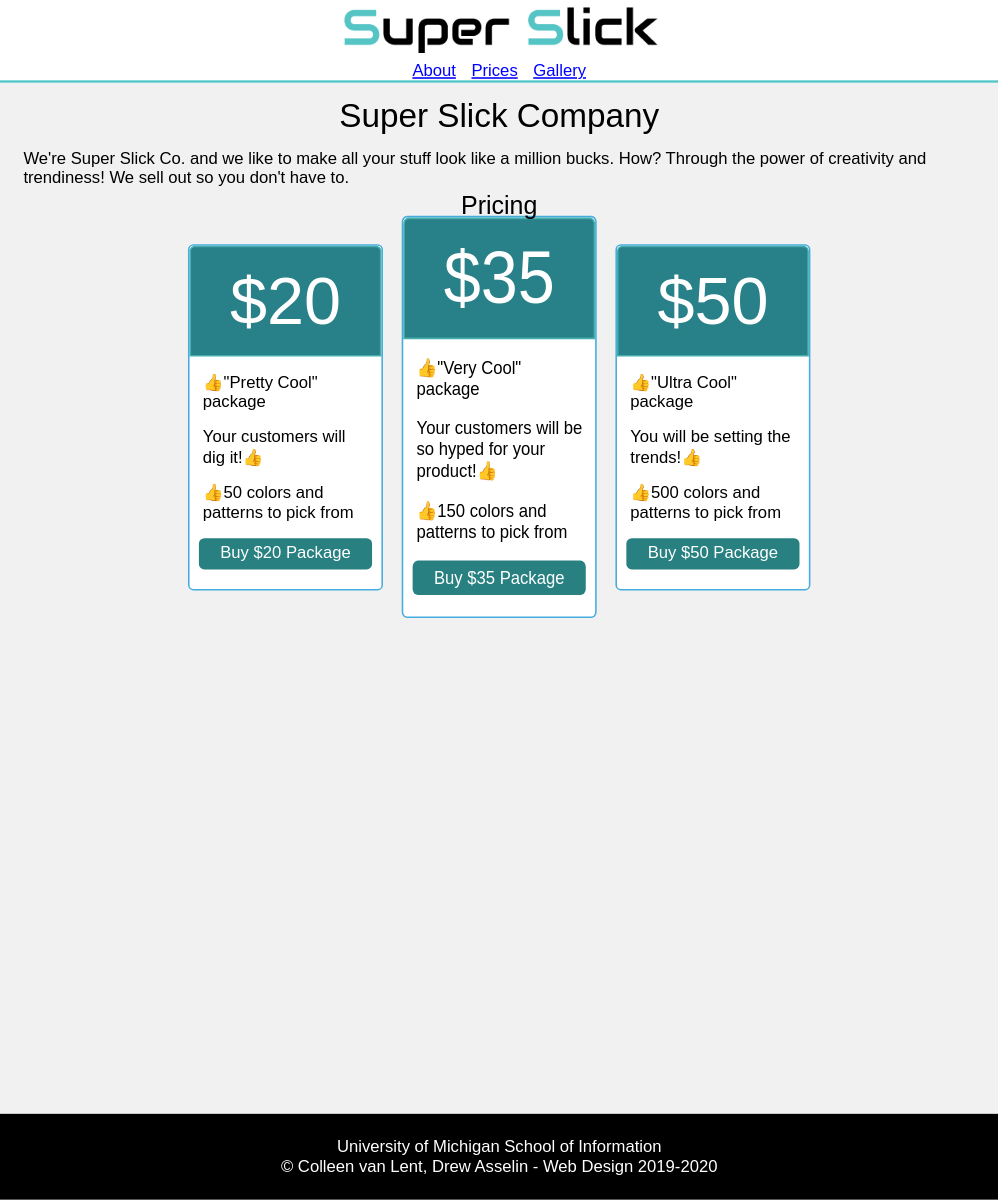
Repository: jiaqili0803/SI_539
Page: hw6-2021-main/homework.html
These files come from the project's save history. The page is drawn as it stood at one moment and after the next save; the edit follows.
The browser window is 1280 px wide. The pictures show the whole page, at 78% of full size.
Some web fonts or font styles are not loaded; a fallback is used.

Above is the page before, as saved 2021-10-29 13:56:34.

### hw6-2021-main/homework.html
<!DOCTYPE html>
<html lang="en">
  <head>
    <meta charset="utf-8">
    <meta name="viewport" content="width=device-width, initial-scale=1.0">
    <link rel="stylesheet" type="text/css" href="css/html5reset.css">
    <link rel="stylesheet" type="text/css" href="css/starter.css">
    <link rel="stylesheet" type="text/css" href="css/style.css">
    <link href='https://fonts.googleapis.com/css?family=Alegreya Sans SC' rel='stylesheet'>
    <link rel="shortcut icon" href="images/logo_icon.png" type="image/png">

   <title>Super Slick Company</title>
  </head>
  <body>
    <a class = "skip" href='#about'>Skip to Main Content</a>
    <header>
      <img src="images/logo.png" alt="" id = "logo">
      <nav>
        <ul class="nav_links">
          <li class="nav_item"><a href="#about">About</a></li>
          <li class="nav_item"><a href="#pricing">Prices</a></li>
          <li class="nav_item"><a href="#gallery">Gallery</a></li>
        </ul>
      </nav>
    </header>
  <main class="about" id="skip">
    <h1>Super Slick Company</h1>

    <p>We're Super Slick Co. and we like to make all your stuff look like a million bucks. How? Through the power of creativity and trendiness! We sell out so you don't have to.</p>

    <h2 id = "pricing">Pricing</h2>
      <div class="pricing">
        <div class="card">
          <header><h3>$20</h3></header>
          <ul>
            <li>"Pretty Cool" package</li>
            <li>Your customers will dig it!</li>
            <li>50 colors and patterns to pick from</li>
          </ul>
          <button>Buy $20 Package</button>
        </div>
        <div class="card card_big">
          <header><h3>$35</h3></header>
          <ul>
            <li>"Very Cool" package</li>
            <li>Your customers will be so hyped for your product!</li>
            <li>150 colors and patterns to pick from</li>
          </ul>
          <button>Buy $35 Package</button>
        </div>
        <div class="card">
          <header><h3>$50</h3></header>
          <ul>
            <li>"Ultra Cool" package</li>
            <li>You will be setting the trends!</li>
            <li>500 colors and patterns to pick from</li>
          </ul>
          <button>Buy $50 Package</button>
        </div>
      </div>

      <h2 id = "gallery">Gallery</h2>
        <div class="gallery">
          <img id="image1" src="images/sample.jpg" alt="" />
          <img id="image2" src="images/sample.jpg" alt="" />
          <img id="image3" src="images/sample.jpg" alt="" />
          <img id="image4" src="images/sample.jpg" alt="" />
          <img id="image5" src="images/sample.jpg" alt="" />
        </div>
    </main>

    <footer>
      <p>University of Michigan School of Information <br/>
        &copy; Colleen van Lent, Drew Asselin - Web Design 2019-2020</p>
    </footer>
  </body>
</html>

### hw6-2021-main/css/html5reset.css
/*
    HTML5 Reset :: style.css
    ----------------------------------------------------------
    We have learned much from/been inspired by/taken code where offered from:
    Eric Meyer                  :: http://meyerweb.com
    HTML5 Doctor                :: http://html5doctor.com
    and the HTML5 Boilerplate   :: http://html5boilerplate.com
-------------------------------------------------------------------------------*/

/* Let's default this puppy out
-------------------------------------------------------------------------------*/

html, body, body div, span, object, iframe, h1, h2, h3, h4, h5, h6, p, blockquote, pre, abbr, address, cite, code, del, dfn, em, img, ins, kbd, q, samp, small, strong, sub, sup, var, b, i, dl, dt, dd, ol, ul, li, fieldset, form, label, legend, table, caption, tbody, tfoot, thead, tr, th, td, article, aside, figure, footer, header, menu, nav, section, time, mark, audio, video, details, summary {
    margin: 0;
    padding: 0;
    border: 0;
    font-size: 100%;
    font-weight: normal;
    vertical-align: baseline;
    background: transparent;
}

main, article, aside, figure, footer, header, nav, section, details, summary {display: block;}

/* Handle box-sizing while better addressing child elements:
   http://css-tricks.com/inheriting-box-sizing-probably-slightly-better-best-practice/ */
html {
    box-sizing: border-box;
}

*,
*:before,
*:after {
    box-sizing: inherit;
}

/* consider resetting the default cursor: https://gist.github.com/murtaugh/5247154 */

/* Responsive images and other embedded objects */
/* if you don't have full control over `img` tags (if you have to overcome attributes), consider adding height: auto */
img,
object,
embed {max-width: 100%;}

/*
   Note: keeping IMG here will cause problems if you're using foreground images as sprites.
    In fact, it *will* cause problems with Google Maps' controls at small size.
    If this is the case for you, try uncommenting the following:
#map img {
        max-width: none;
}
*/

/* force a vertical scrollbar to prevent a jumpy page */
html {overflow-y: scroll;}

/* we use a lot of ULs that aren't bulleted.
    you'll have to restore the bullets within content,
    which is fine because they're probably customized anyway */
ul {list-style: none;}

blockquote, q {quotes: none;}

blockquote:before,
blockquote:after,
q:before,
q:after {content: ''; content: none;}

a {margin: 0; padding: 0; font-size: 100%; vertical-align: baseline; background: transparent;}

del {text-decoration: line-through;}

abbr[title], dfn[title] {border-bottom: 1px dotted #000; cursor: help;}

/* tables still need cellspacing="0" in the markup */
table {border-collapse: separate; border-spacing: 0;}
th {font-weight: bold; vertical-align: bottom;}
td {font-weight: normal; vertical-align: top;}

hr {display: block; height: 1px; border: 0; border-top: 1px solid #ccc; margin: 1em 0; padding: 0;}

input, select {vertical-align: middle;}

pre {
    white-space: pre; /* CSS2 */
    white-space: pre-wrap; /* CSS 2.1 */
    white-space: pre-line; /* CSS 3 (and 2.1 as well, actually) */
    word-wrap: break-word; /* IE */
}

input[type="radio"] {vertical-align: text-bottom;}
input[type="checkbox"] {vertical-align: bottom;}
.ie7 input[type="checkbox"] {vertical-align: baseline;}
.ie6 input {vertical-align: text-bottom;}

select, input, textarea {font: 99% sans-serif;}

table {font-size: inherit; font: 100%;}

small {font-size: 85%;}

strong {font-weight: bold;}

td, td img {vertical-align: top;}

/* Make sure sup and sub don't mess with your line-heights http://gist.github.com/413930 */
sub, sup {font-size: 75%; line-height: 0; position: relative;}
sup {top: -0.5em;}
sub {bottom: -0.25em;}

/* standardize any monospaced elements */
pre, code, kbd, samp {font-family: monospace, sans-serif;}

/* hand cursor on clickable elements */
.clickable,
label,
input[type=button],
input[type=submit],
input[type=file],
button {cursor: pointer;}

/* Webkit browsers add a 2px margin outside the chrome of form elements */
button, input, select, textarea {margin: 0;}

/* make buttons play nice in IE */
button,
input[type=button] {width: auto; overflow: visible;}

/* scale images in IE7 more attractively */
.ie7 img {-ms-interpolation-mode: bicubic;}

/* prevent BG image flicker upon hover
   (commented out as usage is rare, and the filter syntax messes with some pre-processors)
.ie6 html {filter: expression(document.execCommand("BackgroundImageCache", false, true));}
*/

/* let's clear some floats */
.clearfix:after { content: " "; display: block; clear: both; }

### hw6-2021-main/css/starter.css
body{
    margin: 0;
    padding: 0;
    font-size: 16pt; /* test for this! Make all sizes em or rem */
  }

  header{
    background: #fff;
    border-bottom: 3px solid #50C7C7;
  }

  h1{
    font-size: 2em;
    text-align: center;
    line-height: 2;
  }

  h2{
    font-size: 1.5em;
    text-align: center;
    padding: 5px;
  }

  p {
    padding: 0 30px;
  }

  a.skip{
    background: white;
    left: 0;
    padding: 6px;
    position: absolute;
    top: -40px;
    -webkit-transition: top 1s ease-out;
    transition: top 1s ease-out;
    z-index: 1;
  }

  a.skip:focus{
    top:20px;
    color: black;
    text-decoration-style: solid;
  }

  *:focus{
    border: 2px solid black;
  }


  .nav_item a{
    padding: 10px;
  }

  .nav_item a:hover, a:focus{
    color: #50C7C7;
    text-decoration: underline;
    -webkit-text-decoration-style: dotted;
            text-decoration-style: dotted;
  }

  .pricing{
    min-height: 475px;
  }

  .card {
    margin: 12px;
    background: #fff;
    border-radius: 7px;
    padding: 0 0 25px 0;

  }

  .card > ul{
    list-style: none;
    padding-left: 5px;
  }

  .card > ul li {
    width: 90%;
    margin: 20px auto;

  }

.card button{
    width: 90%;
    height: 40px;
    border: 0;
    margin-left: 5%;
    border-radius: 7px;
    background: #288080;
    color: white;
    font-size: 1em;
  }

  .card h3{
    font-size: 4em;
    color: white;
    text-align: center;
  }

  .card_big{
    -webkit-transform: initial;
            transform: initial;
  }

  .gallery{
    min-height: 600px;
  }

  footer{
    background-color: black;
    color: white;
    padding: 30px;
    text-align: center;
  }

  @media screen and (min-width: 850px){
    .card_big{
        -webkit-transform: scaleY(1.1);
        transform: scaleY(1.1);
        z-index: -99;
  }
}

### hw6-2021-main/css/style.css
body{
    font-family: 'Alegreya Sans SC', Sans-Serif;
    background-image: url("../images/concrete_seamless.png");
    background-color: #f1f1f1;

  }

header{
    display: flex;
    flex-direction: column;
    justify-content: center;
    align-items: center;

}

a:link, a:visited {
    color: blue;
}


.nav_links{
    display: flex;
    flex-direction: column;

}

#pricing{
    display: flex;
    flex-direction: column;
    justify-content: center;
    align-items: center;



}

.pricing{
    display: flex;
    /* flex-direction: column; */
    justify-content: center;
    align-items: center;
    flex-wrap: wrap;




}

.card{
    flex-basis: 450px;
}



.card header{
    background-color: #288088;
    border: 2px solid #45ADAD;
    padding-top: 20px;
    padding-bottom: 20px;
    border-top-left-radius: 7px;
    border-top-right-radius: 7px;

}

.gallery img{
    border: 10px solid #50C7C7;
    margin: 10px;
    width: 300px;


}

.gallery{
    display: flex;
    /* flex-direction: column; */
    justify-content: center;
    align-items: center;
    align-content: center;
    flex-wrap: wrap;

}

#logo{
    animation-name: slidein;
    animation-duration: 5s;
    animation-iteration-count: 1;

}


@keyframes slidein {
from {

    width: 50px;
    opacity: 0;
}

to {

    width: 425px;
    opacity: 1;
}
}


@media screen and (min-width: 850px){
    body > header{
        display: flex;
        flex-direction: row;
        justify-content: space-between;


        /* justify-content: flex-start; */
        /* flex-wrap: wrap; */


        position: sticky;
        width: 100%;
        top:0;


    }


    .nav_links{
        flex-direction: row;

    }

    .card{
        flex-basis: 250px;

    }

}

@media screen and (prefers-reduced-motion: reduce){
    #logo {
      animation: none;
    }
}


@media screen and (min-width: 1001px){
    body{
        background-image: none;

    }

    body > header{
        display: flex;
        flex-direction: column;
        /* align-content: space-between; */
    }

    .nav_links{
        display: flex;
        flex-direction: row;
        justify-content: space-evenly;
        width: 100%;
        /* flex-wrap: wrap; */

        /* justify-content: left; */





    }

    .pricing{
        margin-bottom: 0;
        display: flex;
    }

    .card{
        border: 2px solid #45ADDD;
        flex-basis: 250px;
    }

    .gallery{
        visibility: hidden;
    }

    #gallery{
        visibility: hidden;
    }

    main li:nth-child(2n-1):before {
        content: "👍";
      }

    main li:nth-child(2n):after {
        content: "👍";
    }


    }



/* @media print{
    body{
        background-image: none;

    }

    .nav_links{
        display: flex;
        flex-direction: row;

        justify-content: space-around;


    }

} */

After the next save:
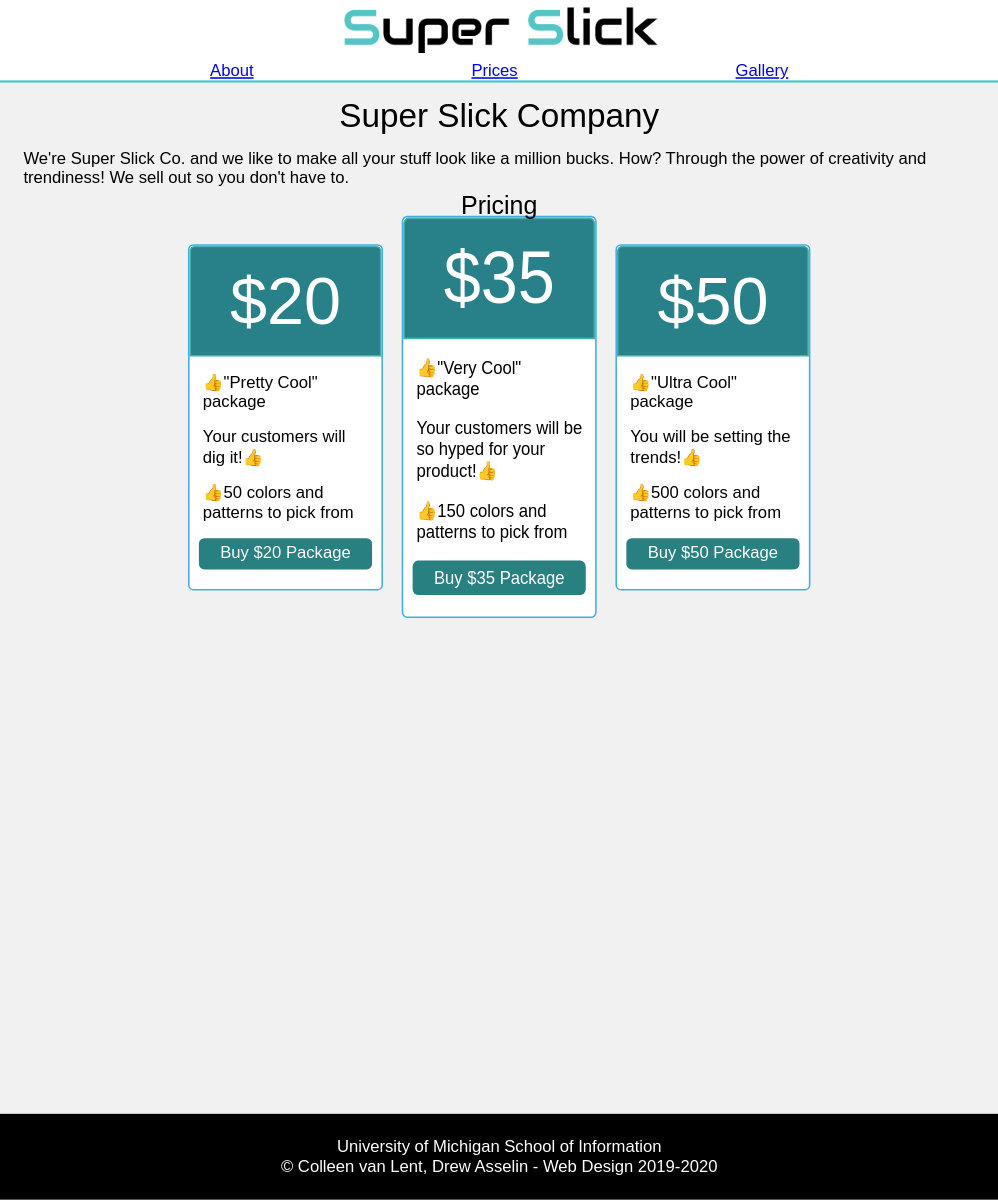
Saved 63 s later.
--- a/hw6-2021-main/css/style.css
+++ b/hw6-2021-main/css/style.css
@@ -153,11 +153,15 @@ to {
         /* align-content: space-between; */
     }
 
+    nav{
+        width: 100%;
+    }
+
     .nav_links{
         display: flex;
         flex-direction: row;
         justify-content: space-evenly;
-        width: 100%;
+
         /* flex-wrap: wrap; */
 
         /* justify-content: left; */
